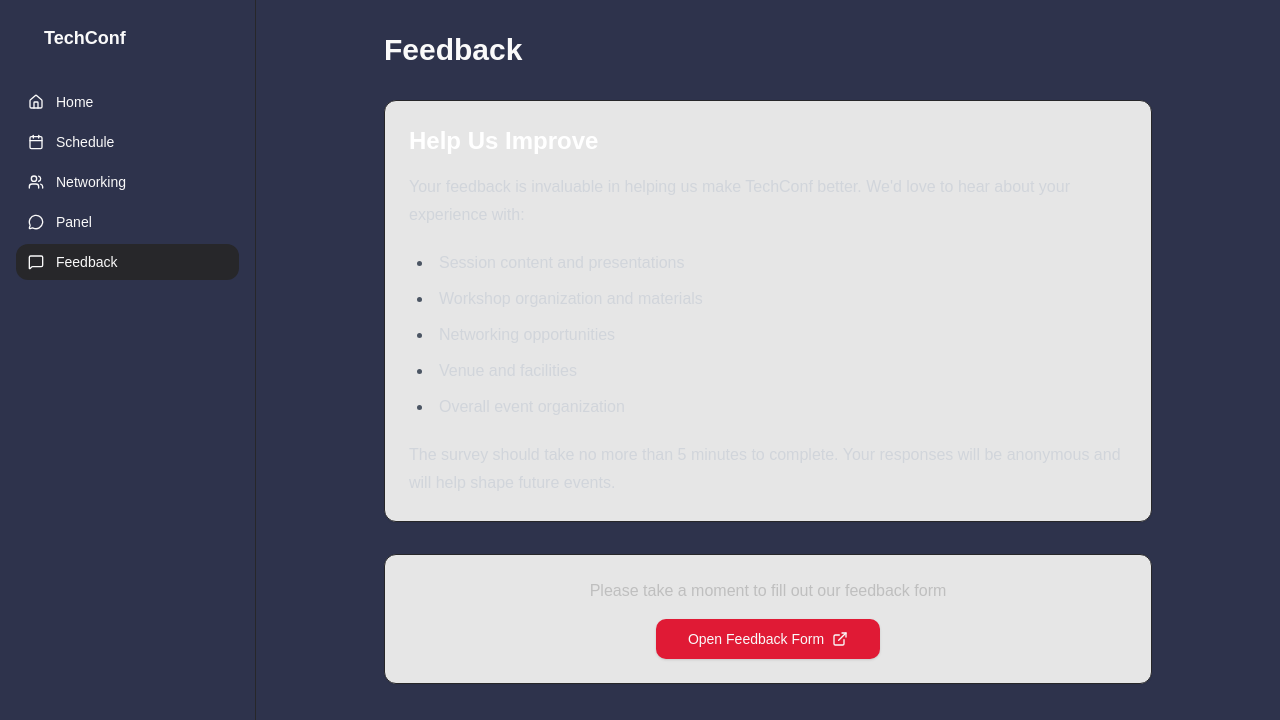
Repository: mrnavdal/symposium-2024
Page: /feedback (app in symposium24/)
An editor plug-in stored every save of this project. The page is shown before and after the next save, followed by the edit.
The browser window is 1280 px wide. The pictures show the whole page.
The project was rebuilt for these pictures with package versions that can differ from the ones it lists, and the page was loaded fresh each time. The framework's server and built-in components were replaced by stand-ins that run in the browser. Also part of the build but not shown: symposium24/next.config.ts, symposium24/src/styles/calendar.css.

Above is the page before, as saved 2024-11-08 15:08:02.

After the next save:
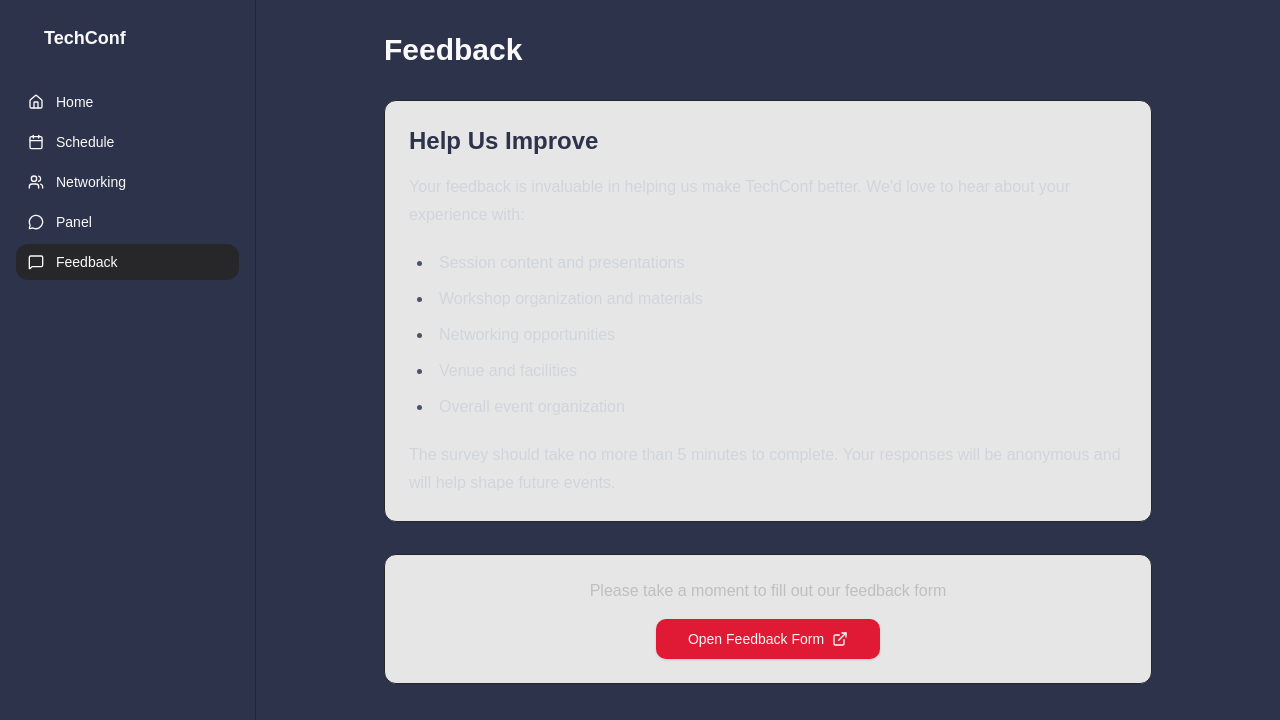
Saved 52 s later.
--- a/symposium24/src/app/feedback/page.tsx
+++ b/symposium24/src/app/feedback/page.tsx
@@ -13,7 +13,7 @@ export default function FeedbackPage() {
           <div className="space-y-8">
             <AnimatedCard delay={0.1}>
               <div className="prose dark:prose-invert max-w-none">
-                <h2 className="text-2xl font-semibold mb-4">Help Us Improve</h2>
+                <h2 className="text-2xl text-background mb-4">Help Us Improve</h2>
                 <p>
                   Your feedback is invaluable in helping us make TechConf better.
                   We'd love to hear about your experience with:
